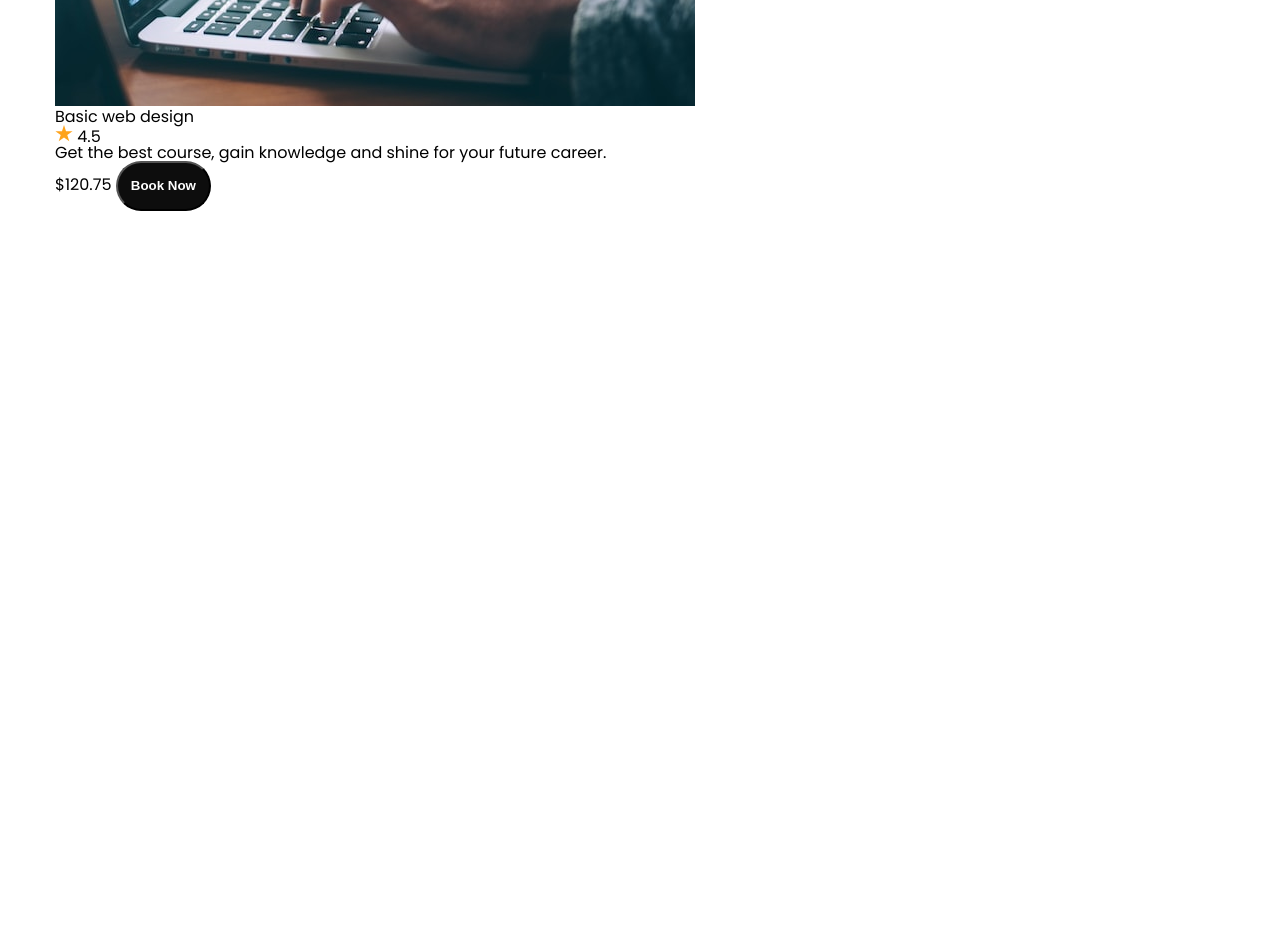
Repository: nguyendonghieu1011-png/figma-to-html1
Page: index.html
The author's editor kept a copy of each file at every save. The page is drawn from the files as they stood at one save, then again after the next save.
The browser window is 1280 px wide. The pictures show the part of the page from y = 1948 to 2900 px (the page is 10000 px tall).
A picture or video elsewhere on the page could not be fetched, so the positions and the page height are approximate. Some web fonts or font styles are not loaded; a fallback is used. Some web libraries are served in a nearby version.

Above is the page before, as saved 2026-01-02 16:46:04.

After the next save:
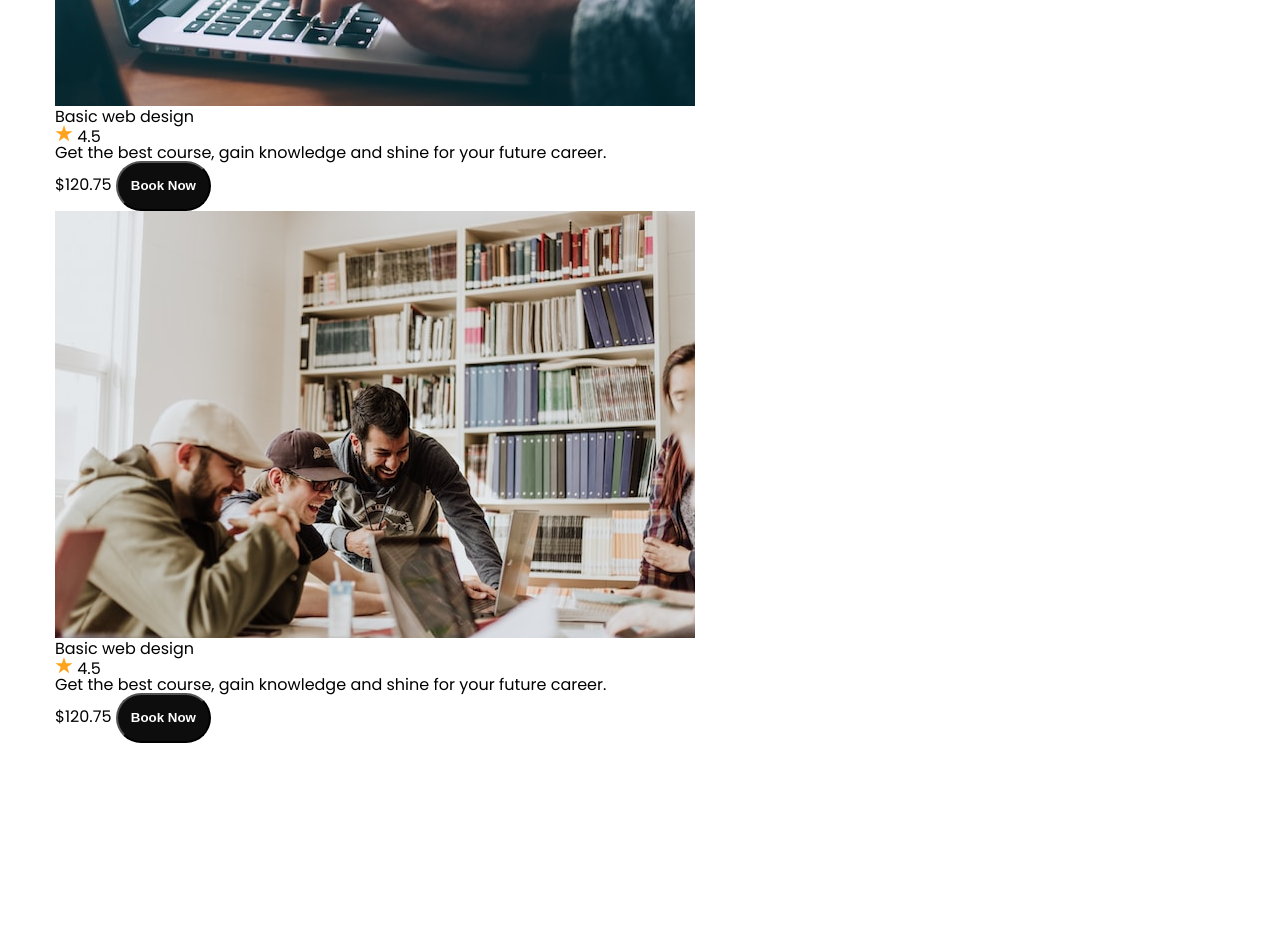
Saved 64 s later.
--- a/index.html
+++ b/index.html
@@ -193,6 +193,30 @@
         </div>
       </div>
 
+      <!-- item 3 -->
+            <div class="course-item">
+        <img src="./assets/img/course-3.jpg" alt="design" class="thumb">
+
+        <div class="info">
+          <div class="head">
+            <h3 class="title">Basic web design</h3>
+            <div class="rating">
+              <img src="./assets/icon/star.svg" alt="" class="star">
+              <span class="value">4.5</span>
+            </div>
+          </div>
+
+          <p class="desc">
+            Get the best course, gain knowledge and shine for your future career.
+          </p>
+
+          <div class="foot">
+            <span class="price">$120.75</span>
+            <button class="btn">Book Now</button>
+          </div>
+        </div>
+      </div>
+
     </div>
   </div>
 </div>
